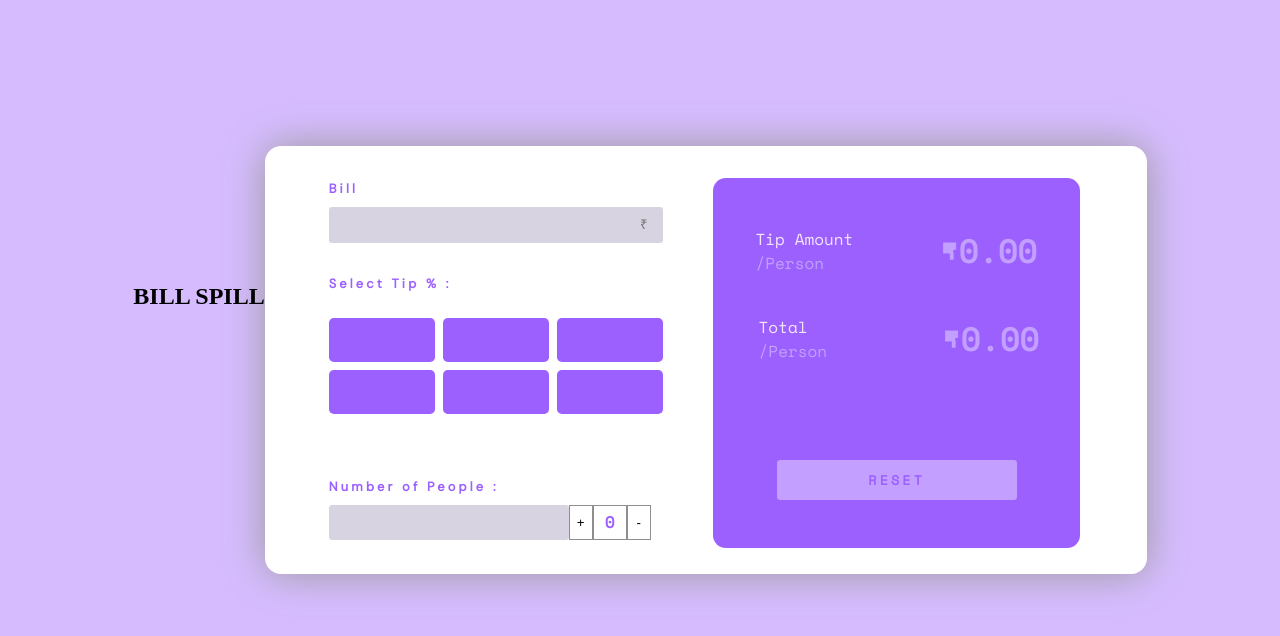
Repository: drumsmanku/micro-project-3
Page: index.html
An editor plug-in stored every save of this project. The page is shown before and after the next save, followed by the edit.
The browser window is 1280 px wide. The pictures show the whole page.

Above is the page before, as saved 2023-04-17 21:00:17.

### index.html
<!DOCTYPE html>
<html lang="en">
<head>
  <meta charset="UTF-8">
  <meta http-equiv="X-UA-Compatible" content="IE=edge">
  <meta name="viewport" content="width=device-width, initial-scale=1.0">
  <link rel="stylesheet" href="styles.css">
  <title>Bill Spill</title>
</head>
<body>
  <main>
    <h2>BILL SPILL</h2>
    <div class="entire-container">
      <div class="left-inside-container">
          <label for="amount">Bill</label>
          <input type="number" name="total" id="total-bill" placeholder="₹" >
          <div class="select-container">
            <label for="tip">Select Tip % :</label>
            <div class="button-containers">
              <button class="bt-1 sizing"></button>
              <button class="bt-2 sizing"></button>
              <button class="bt-3 sizing"></button>
              <button class="bt-4 sizing"></button>
              <button class="bt-5 sizing"></button>
              <button class="bt-6 sizing"></button>
            </div>
          </div>
          <label for="people">Number of People : </label>
          <div class="people-container">
            <input type="number" name="people" id="people-number">
            <button id="add-people">+</button>
            <h4 class="center-text">0</h4>
            <button id="sub-people">-</button>
          </div>
      </div>


      <div class="right-inside-container">
        <div class="first-second-line">
          <div class="first-line">
            <div class="first-line-first">
              <p class="one">Tip Amount</p>
              <p class="two">/Person</p>

            </div>
            <h1>₹0.00</h1>
          </div>
          <div class="second-line">
            <div class="first-line-first">
              <p class="one-two">Total</p>
              <p class="two-two">/Person</p>

            </div>
            <h1>₹0.00</h1>
          </div>
        </div>

        <input type="button" value="RESET">
      </div>
    </div>
  </main>
</body>
</html>

### styles.css
@import url('https://fonts.googleapis.com/css2?family=DM+Sans&display=swap');
@import url('https://fonts.googleapis.com/css2?family=DM+Sans&family=Space+Mono&display=swap');
/* font-family: 'DM Sans', sans-serif; */
*{
  padding: 0;
  margin: 0;
}

main{
  width: 100%;
  height: 100vh;
  display: flex;
  justify-content: center;
  align-items: center;
  background-color:  #D6BCFF;
}

main>h2{
  position: relative;
  top: -4rem;
}

.entire-container{
  width: 818px;
  height: 428px;
  background-color: white;

  display: flex;
  padding-left: 4rem;
  flex-direction: row;
  border-radius: 1rem;
  box-shadow: 0 0 40px rgb(154, 154, 154);
}

.left-inside-container{
  display: flex;
  flex-wrap: wrap;
  flex-direction: column;
  justify-content: center;
}

.button-containers{
  display: grid;
  grid-template-columns: repeat(3, minmax(0,1fr));
  grid-template-rows: repeat(2, minmax(0,1fr));
  grid-gap: 0.5rem;
  margin-top: 1rem;
}

.sizing{
  width: 106px;
  height: 44px;
  border: none;
  background-color: #9C60FF;
  border-radius: 0.3rem;
}
.people-container{
  display: flex;
  flex-direction: row;
}
.people-container>h4{
  border: 1px solid #8E8E8E;
  width: 2rem;
  text-align: center;
  padding-top: 4px;
  color: #9C60FF;
  font-family: 'Space Mono';
  font-size: 1rem;
}
.people-container>button{
  background: none;
  border: 1px solid #8E8E8E;
  width: 1.5rem;
}

.select-container{
  display: flex;
  flex-direction: column;
  margin: 2rem 0 4rem 0;
}

.right-inside-container{
  width: 367px;
  height: 370px;
  background-color: #9C60FF;
  border-radius: 0.8rem;
  position: relative;
  top: 2rem;
  margin-left: 10px;
  right: -40px;
  display: flex;
  flex-direction: column;
  justify-content:space-around;
}
.first-line{
  display: flex;
  justify-content: space-around;
  margin-bottom: 2.5rem;
}
.second-line{
  display: flex;
  justify-content: space-around;
}
.first-second-line{
  font-family: 'Space Mono';

}
.first-second-line h1{
  color: #C39FFF;
  font-weight: bold;
}
.first-line-first{
  color: #F3E4FF;;
}
.first-line-first .two,.two-two{
  color: #C39FFF;
}
.second-line>h1{
  margin-left: 2rem;
}
.one-two,.two-two{
  margin-left: 5px;
}
input[value='RESET']{
  width:15rem;
  height: 2.5rem;
  text-align: center;
  margin-left: 4rem;
  background-color: #C39FFF;
  letter-spacing: 0.2rem;
  font-family: 'Space Mono';
  font-weight: bold;
  transition: 0.2s ease-in;
}
.button-containers button{
  transition: 0.1s ease-in;
}
.button-containers button:hover{
  opacity: 0.7;
}
input[value='RESET']:hover{
  opacity: 0.7;

}
input[id='people-number']{
  width: 15rem;
}
input{
  border-radius: 0.2rem;
  border: none;
  background-color: rgba(182, 172, 196, 0.53);
  height: 2.2rem;
  text-align: end;
  color: #9C60FF;
}
label{
  color: #9C60FF;
  font-size: 0.8rem;
  font-family: 'DM Sans';
  font-weight: bold;
  letter-spacing: 0.2rem;
  margin-bottom: 10px;
}

After the next save:
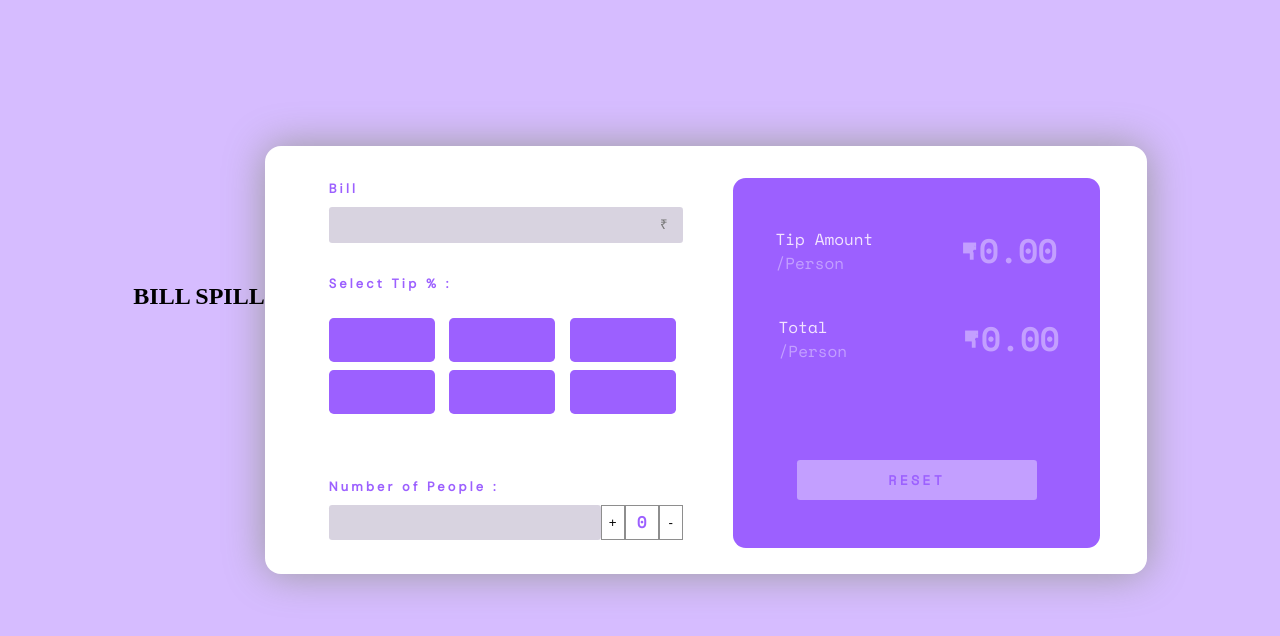
Saved 27 s later.
--- a/styles.css
+++ b/styles.css
@@ -143,7 +143,7 @@
 
 }
 input[id='people-number']{
-  width: 15rem;
+  width: 17rem;
 }
 input{
   border-radius: 0.2rem;

After the save that followed:
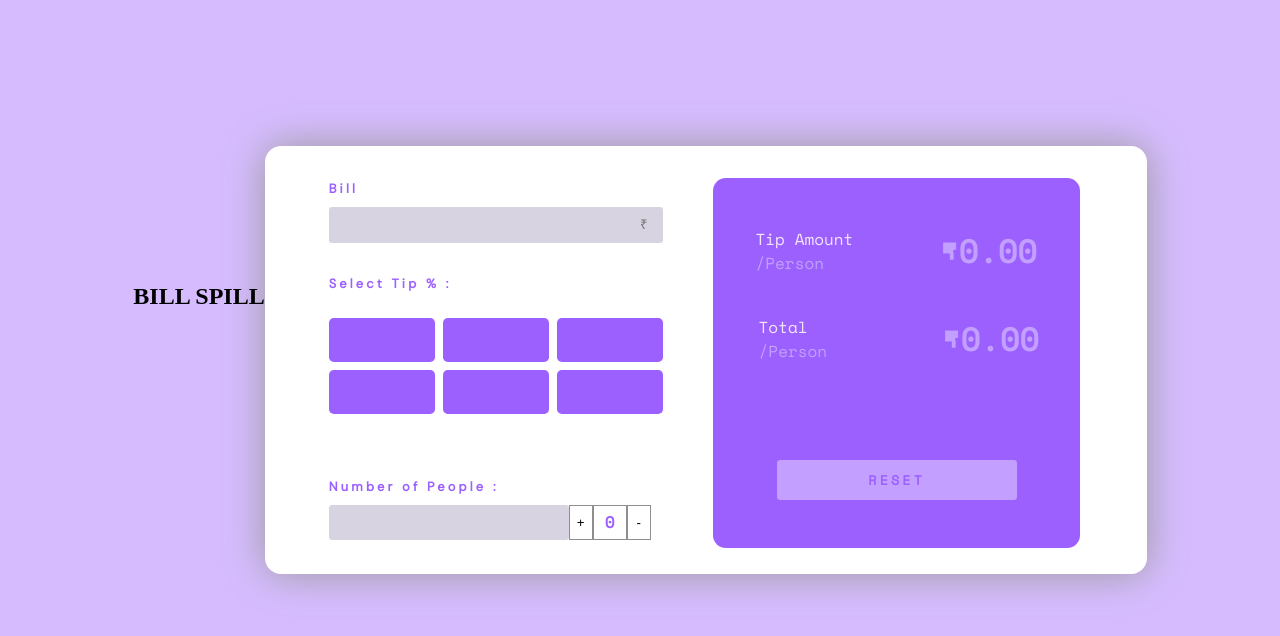
Saved 11 s later.
--- a/styles.css
+++ b/styles.css
@@ -143,7 +143,7 @@
 
 }
 input[id='people-number']{
-  width: 17rem;
+  width: 15rem;
 }
 input{
   border-radius: 0.2rem;
